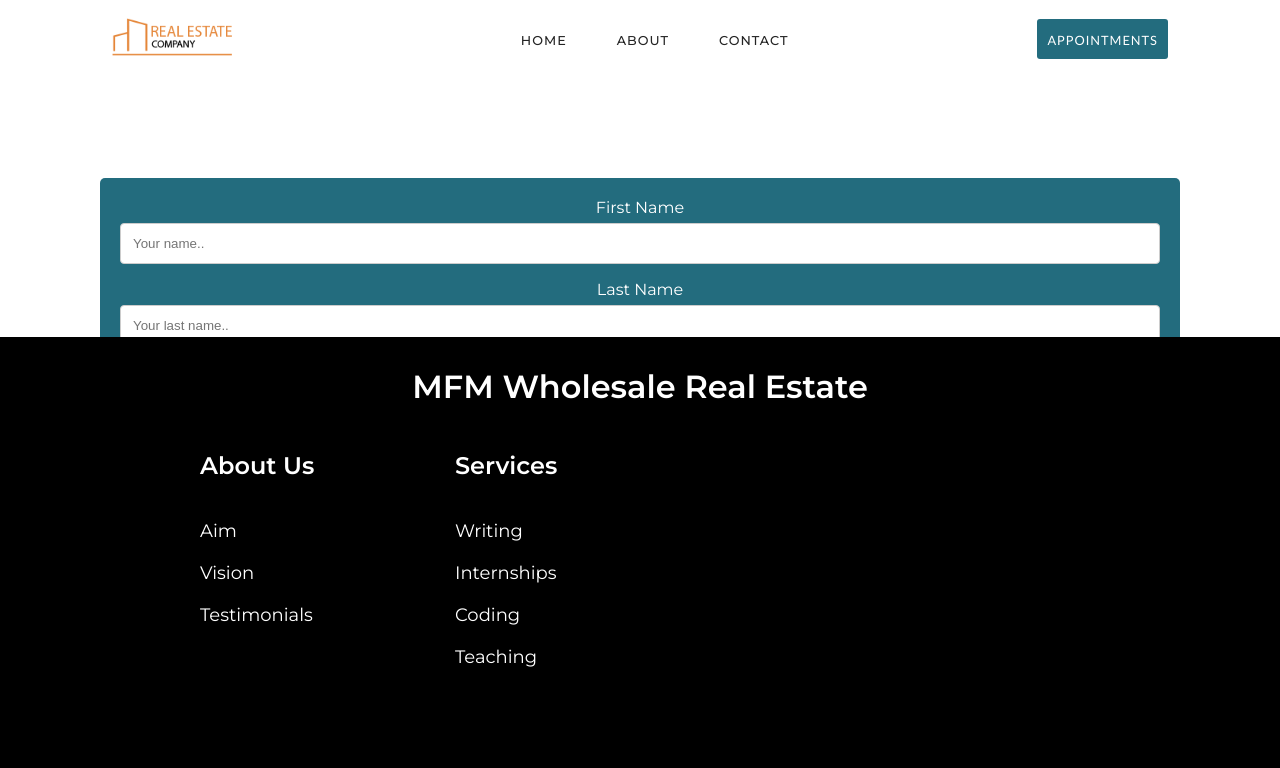
Repository: gabe126679/Mikes-site
Page: /contact
These files come from the project's save history. The page is drawn as it stood at one moment and after the next save; the edit follows.
The browser window is 1280 px wide. The pictures show the whole page.
Some web libraries are served in a nearby version. The project was rebuilt for these pictures with package versions that can differ from the ones it lists, and the page was loaded fresh each time. Also part of the build but not shown: src/components/Header.jsx, src/components/Howitworks.jsx, src/components/Contact.jsx, src/components/About.jsx, src/components/Agentbox.jsx, src/components/Agent.jsx, src/components/PageAbout.jsx, src/components/Bproperty.jsx and 4 more.

Above is the page before, as saved 2022-04-19 15:35:12.

After the next save:
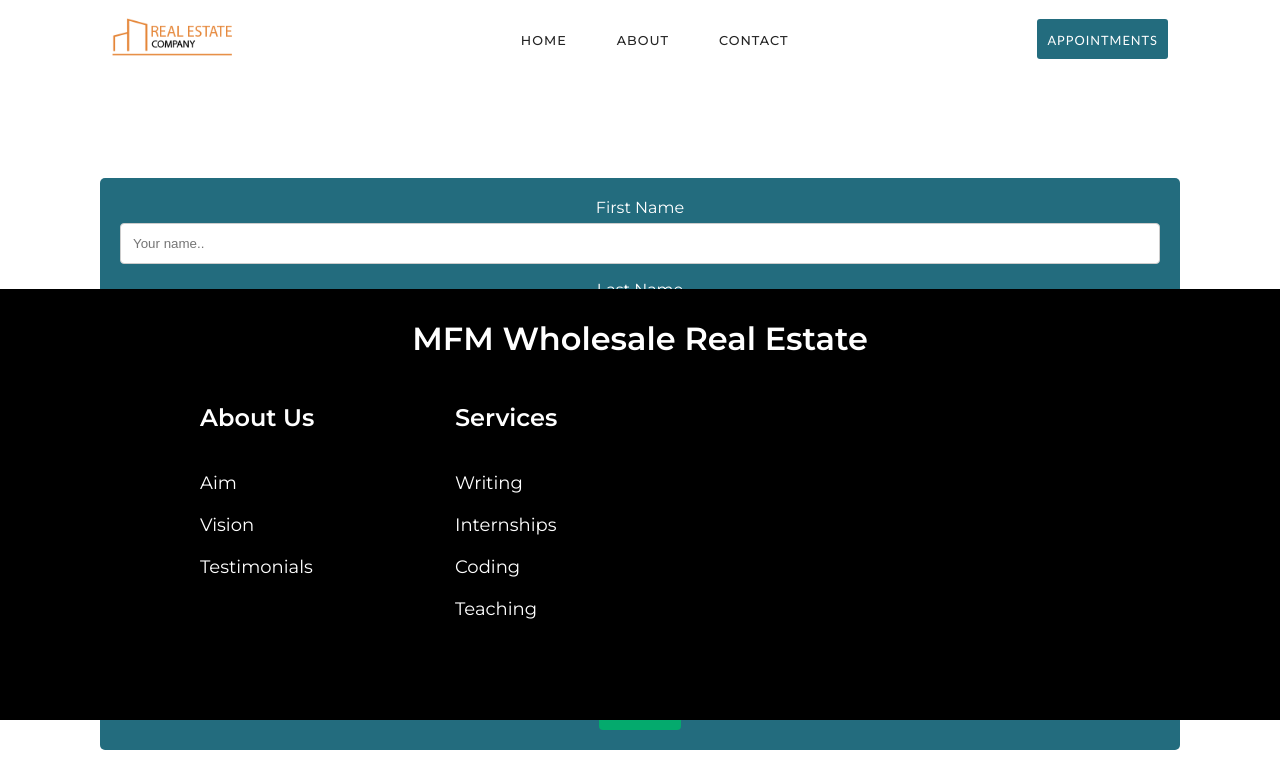
Saved 34 s later.
--- a/src/components/PageContact.jsx
+++ b/src/components/PageContact.jsx
@@ -15,6 +15,7 @@
 const PageContact = () => {
 
   return (
+    <div>
     <div className="header-form">
       <Navbar/>
       <div className="container-form">
@@ -34,7 +35,8 @@
             <input type="submit" defaultValue="Submit" />
         </form>
       </div>
-      <Footer />
+    </div>
+    <Footer />
     </div>
 
 

After the save that followed:
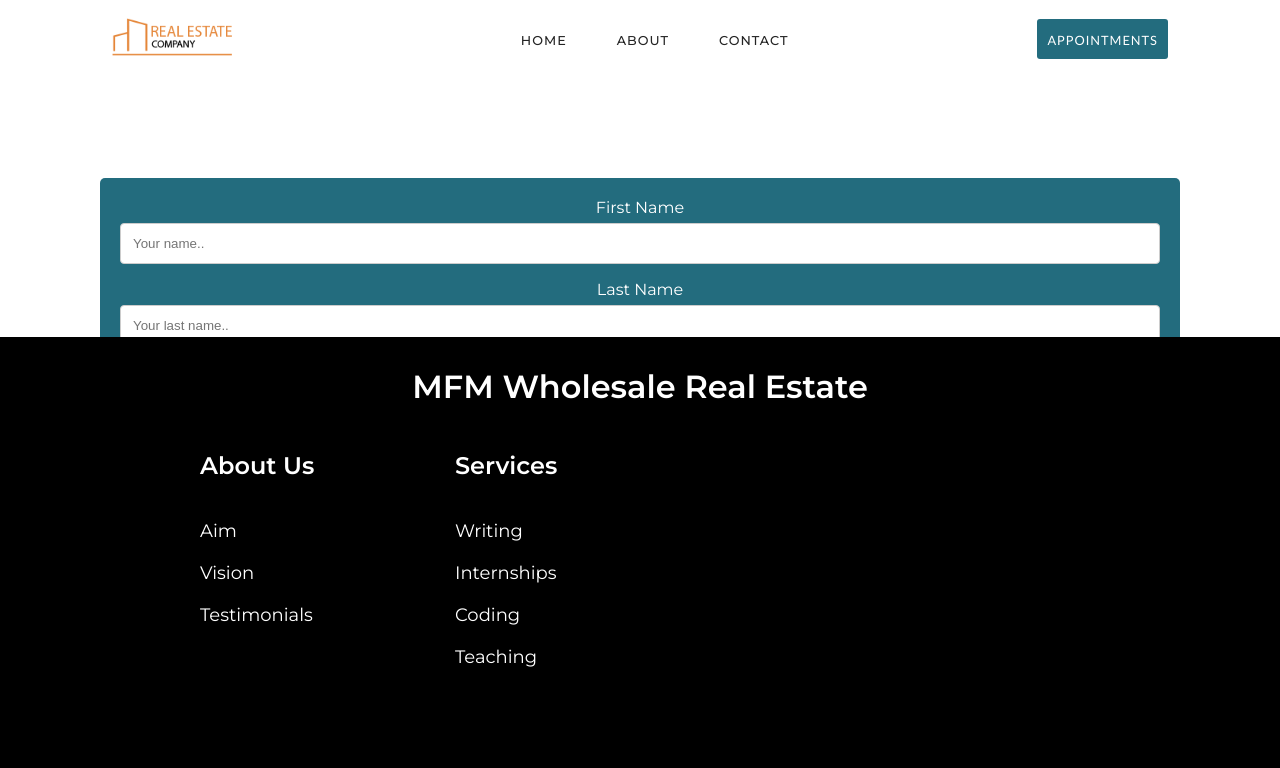
Saved 18 s later.
--- a/src/components/PageContact.jsx
+++ b/src/components/PageContact.jsx
@@ -35,8 +35,8 @@
             <input type="submit" defaultValue="Submit" />
         </form>
       </div>
+      <Footer />
     </div>
-    <Footer />
     </div>
 
 
